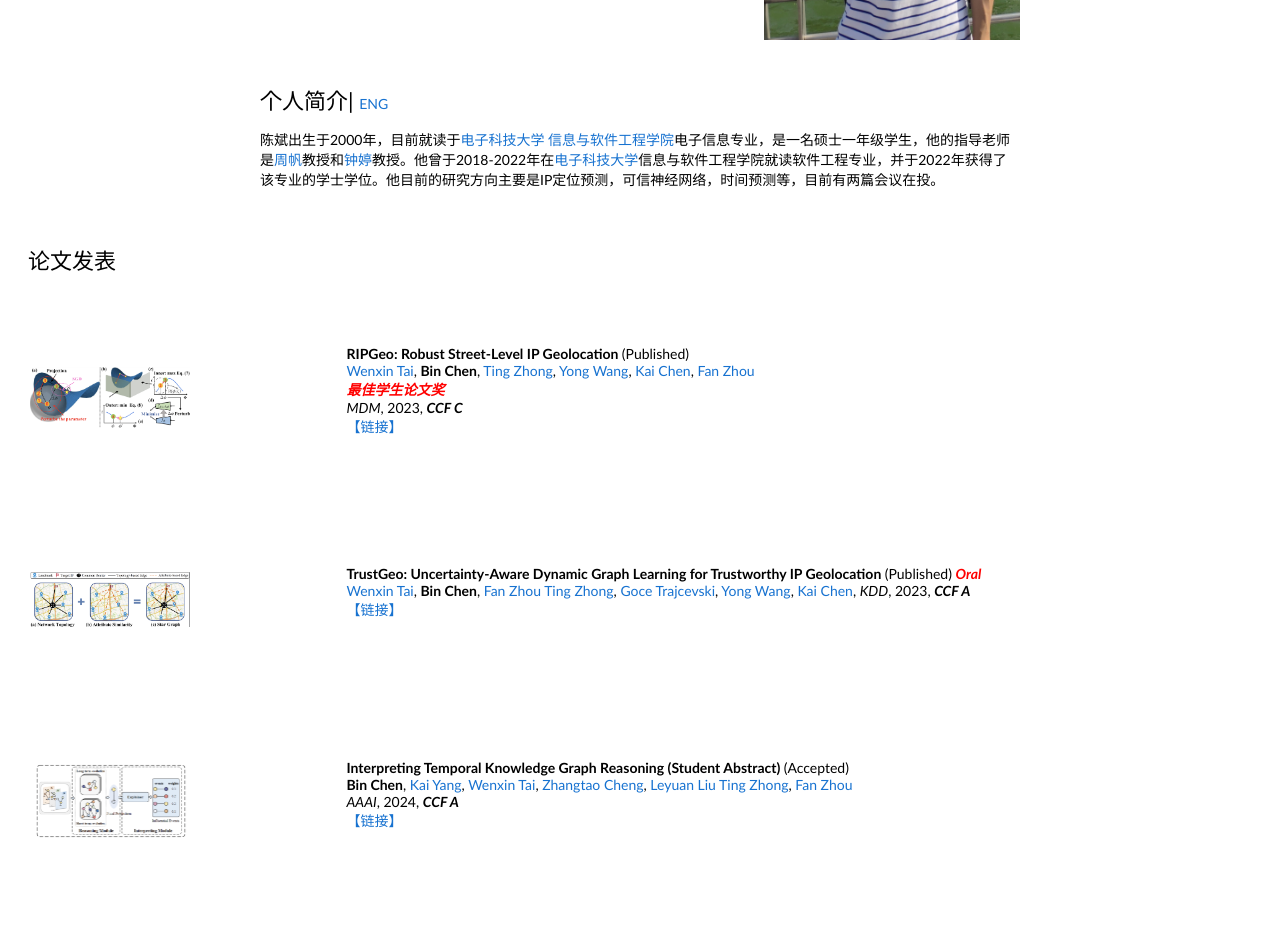
Repository: b1nchen/b1nchen.github.io
Page: index_CHN.html
The author's editor kept a copy of each file at every save. The page is drawn from the files as they stood at one save, then again after the next save.
The browser window is 1280 px wide. The pictures show the part of the page from y = 388 to 1340 px (the page is 2011 px tall).
A picture or video elsewhere on the page could not be fetched, so the positions and the page height are approximate.

Above is the page before, as saved 2023-12-31 10:04:46.

After the next save:
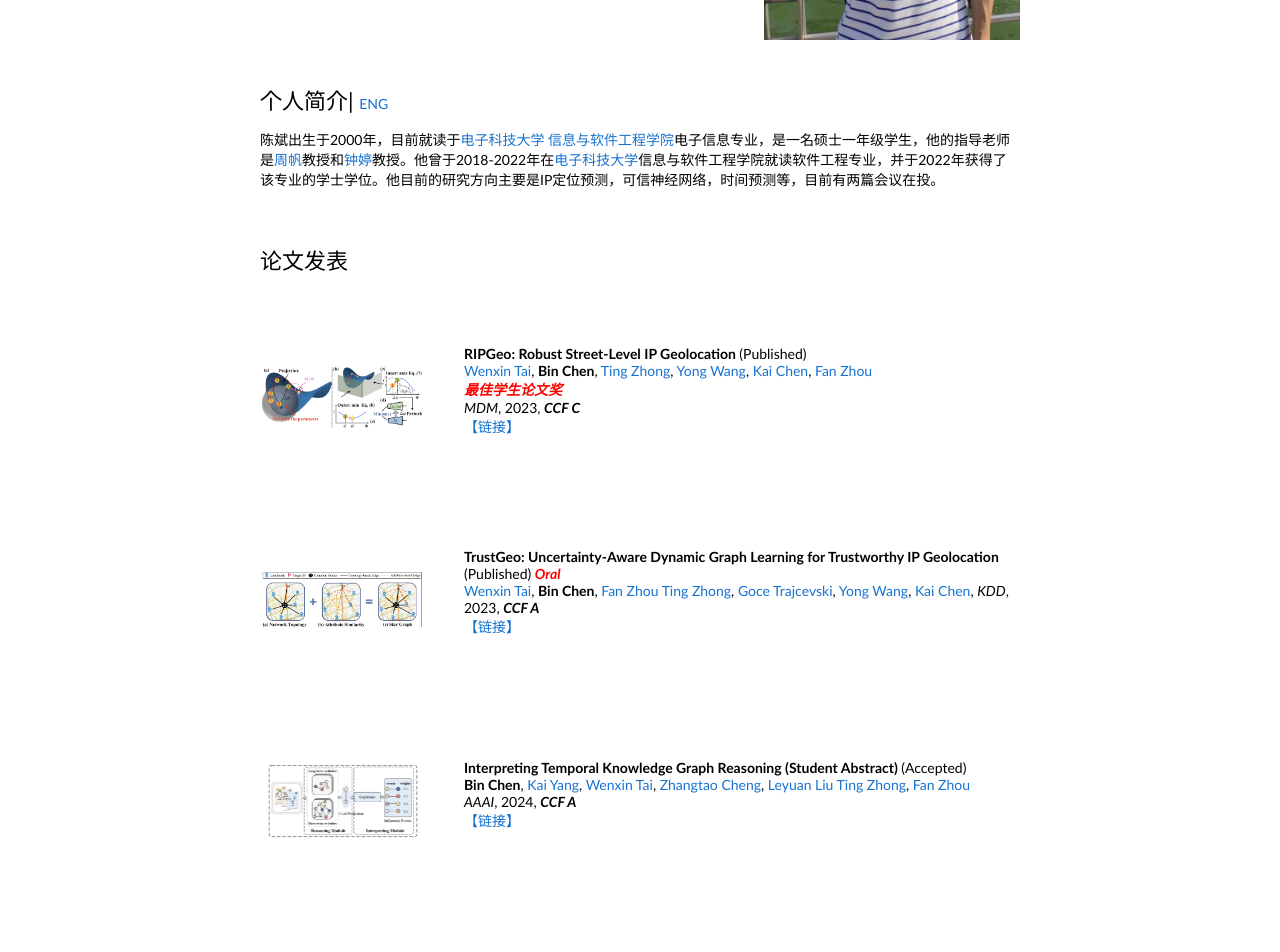
Saved 4 s later.
--- a/index_CHN.html
+++ b/index_CHN.html
@@ -151,8 +151,8 @@
               </tr> -->
 
 
-            </tbody>
-          </table>
+            <!-- </tbody>
+          </table> -->
 
           <table width="100%" align="center" border="0" cellspacing="0" cellpadding="20">
             <tbody>
